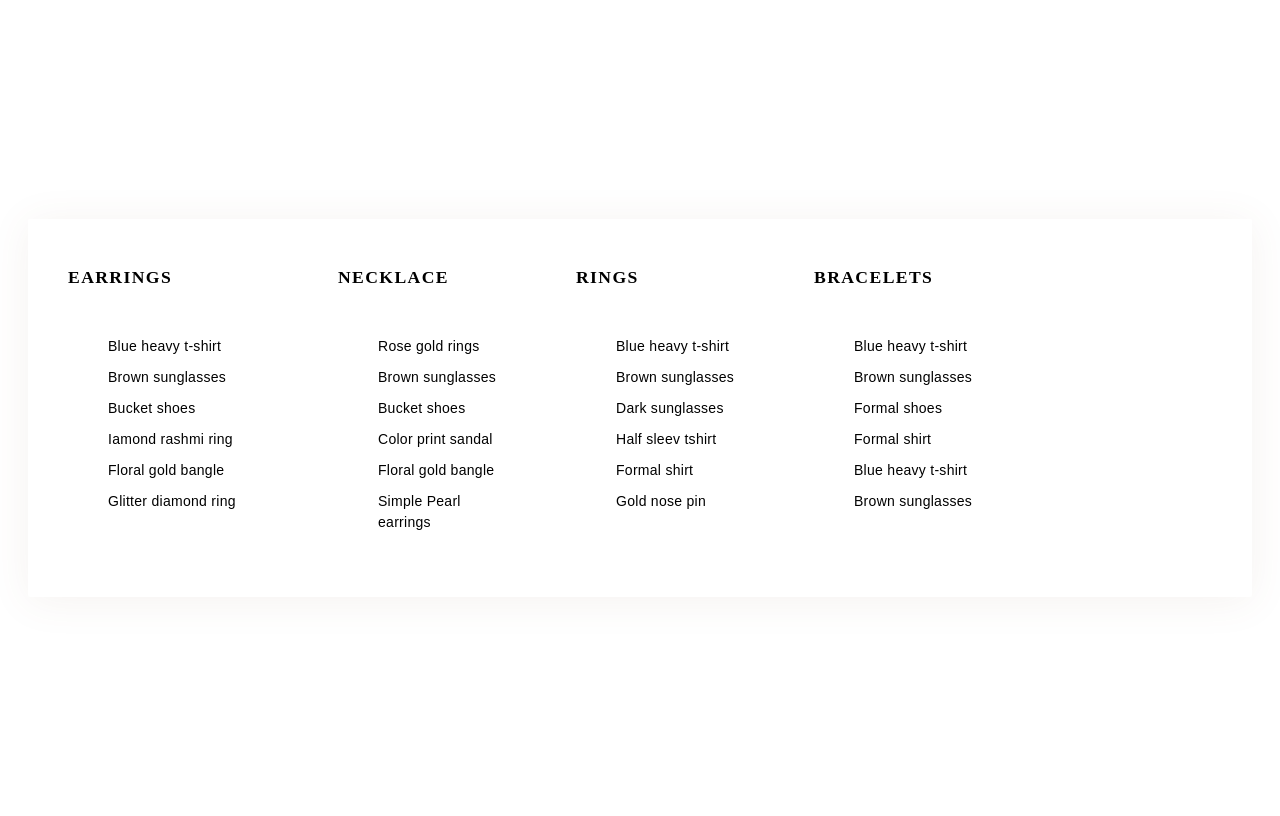
Repository: Excelsior-Technologies-Community/jelwo-hit
Page: list/shoplist.html
The author's editor kept a copy of each file at every save. The page is drawn from the files as they stood at one save, then again after the next save.
The browser window is 1280 px wide. The pictures show the whole page.

Above is the page before, as saved 2026-04-06 15:22:05.

### list/shoplist.html
<!DOCTYPE html>
<html lang="en">

<head>
    <meta charset="UTF-8">
    <meta name="viewport" content="width=device-width, initial-scale=1.0">
    <title>Document</title>
    <link rel="stylesheet" href="shoplist.css">
</head>

<body>
    <div class="section-wrapper">



        <!-- Earrings -->
        <div class="category-col">
            <div class="category-title">Earrings</div>
            <ul class="item-list">
                <li>Blue heavy t-shirt</li>
                <li>Brown sunglasses</li>
                <li>Bucket shoes</li>
                <li>Iamond rashmi ring</li>
                <li>Floral gold bangle</li>
                <li>Glitter diamond ring</li>
            </ul>
        </div>

        <!-- Necklace -->
        <div class="category-col">
            <div class="category-title">Necklace</div>
            <ul class="item-list">
                <li>Rose gold rings</li>
                <li>Brown sunglasses</li>
                <li>Bucket shoes</li>
                <li>Color print sandal</li>
                <li>Floral gold bangle</li>
                <li>Simple Pearl earrings</li>
            </ul>
        </div>

        <!-- Rings -->
        <div class="category-col">
            <div class="category-title">Rings</div>
            <ul class="item-list">
                <li>Blue heavy t-shirt</li>
                <li>Brown sunglasses</li>
                <li>Dark sunglasses</li>
                <li>Half sleev tshirt</li>
                <li>Formal shirt</li>
                <li>Gold nose pin</li>
            </ul>
        </div>

        <!-- Bracelets -->
        <div class="category-col">
            <div class="category-title">Bracelets</div>
            <ul class="item-list">
                <li>Blue heavy t-shirt</li>
                <li>Brown sunglasses</li>
                <li>Formal shoes</li>
                <li>Formal shirt</li>
                <li>Blue heavy t-shirt</li>
                <li>Brown sunglasses</li>
            </ul>
        </div>

        <!-- Promo Banner -->
        <div class="promo-banner">
            <img src="https://jelwo.myshopify.com/cdn/shop/files/jewelry-4-menu-banner.jpg?v=1742635152&width=352"
                alt="Flat 30% Off on Jewelry" />
            <div class="promo-ribbon">
                <span>FLAT <em>30%</em> OFF</span>
            </div>
        </div>

    </div>
</body>

</html>

### list/shoplist.css
body {
    background: var(--cream);
    font-family: 'Jost', sans-serif;
    color: var(--text-dark);
    min-height: 100vh;
    display: flex;
    align-items: center;
    justify-content: center;
    padding: 40px 20px;
}

.section-wrapper {
    background: var(--warm-white);
    border: 1px solid var(--divider);
    border-radius: 2px;
    padding: 48px 40px;
    max-width: 1200px;
    width: 100%;
    display: grid;
    grid-template-columns: repeat(4, 1fr) auto;
    gap: 0;
    position: relative;
    box-shadow: 0 4px 40px rgba(122, 92, 58, 0.08);
    animation: fadeUp 0.7s ease both;
}

@keyframes fadeUp {
    from {
        opacity: 0;
        transform: translateY(24px);
    }

    to {
        opacity: 1;
        transform: translateY(0);
    }
}

.category-col {
    padding: 0 32px 0 0;
    border-right: 1px solid var(--divider);
    margin-right: 0;
    animation: fadeUp 0.7s ease both;
}

.category-col:nth-child(1) {
    animation-delay: 0.05s;
}

.category-col:nth-child(2) {
    animation-delay: 0.15s;
    padding-left: 32px;
}

.category-col:nth-child(3) {
    animation-delay: 0.25s;
    padding-left: 32px;
}

.category-col:nth-child(4) {
    animation-delay: 0.35s;
    padding-left: 32px;
    border-right: none;
    padding-right: 0;
}

.category-title {
    font-family: 'Cormorant Garamond', serif;
    font-weight: 600;
    font-size: 1.1rem;
    letter-spacing: 0.08em;
    text-transform: uppercase;
    color: var(--text-dark);
    margin-bottom: 20px;
    padding-bottom: 12px;
    border-bottom: 1.5px solid var(--gold);
    display: inline-block;
}

.item-list {
    list-style: none;
    display: flex;
    flex-direction: column;
    gap: 10px;
}

.item-list li {
    font-size: 0.875rem;
    font-weight: 300;
    color: var(--text-mid);
    letter-spacing: 0.02em;
    line-height: 1.5;
    cursor: pointer;
    transition: color 0.2s ease, padding-left 0.2s ease;
    position: relative;
}

.item-list li::before {
    content: '';
    display: inline-block;
    width: 0;
    height: 1px;
    background: var(--gold);
    vertical-align: middle;
    margin-right: 0;
    transition: width 0.25s ease, margin-right 0.25s ease;
    position: relative;
    top: -1px;
}

.item-list li:hover {
    color: var(--brown);
    padding-left: 14px;
}

.item-list li:hover::before {
    width: 8px;
    margin-right: 6px;
    position: absolute;
    left: 0;
    top: 50%;
    transform: translateY(-50%);
}

/* Promo Banner */
.promo-banner {
    width: 160px;
    min-height: 240px;
    margin-left: 32px;
    border-radius: 2px;
    overflow: hidden;
    position: relative;
    flex-shrink: 0;
    animation: fadeUp 0.7s ease 0.45s both;
    cursor: pointer;
}

.promo-banner img {
    width: 100%;
    height: 100%;
    object-fit: cover;
    display: block;
    filter: brightness(0.88);
    transition: filter 0.3s ease, transform 0.4s ease;
}

.promo-banner:hover img {
    filter: brightness(0.75);
    transform: scale(1.04);
}

.promo-ribbon {
    position: absolute;
    right: 0;
    top: 0;
    bottom: 0;
    width: 44px;
    background: var(--banner-bg);
    display: flex;
    align-items: center;
    justify-content: center;
}

.promo-ribbon span {
    font-family: 'Jost', sans-serif;
    font-weight: 500;
    font-size: 0.75rem;
    letter-spacing: 0.18em;
    text-transform: uppercase;
    color: #fff;
    writing-mode: vertical-rl;
    transform: rotate(180deg);
    white-space: nowrap;
}

.promo-ribbon span em {
    font-style: normal;
    color: var(--gold-light);
    font-weight: 600;
    font-size: 0.85rem;
}

@media (max-width: 900px) {
    .section-wrapper {
        grid-template-columns: repeat(2, 1fr);
        padding: 32px 24px;
    }

    .category-col:nth-child(2) {
        border-right: none;
    }

    .category-col:nth-child(3) {
        padding-left: 0;
        border-right: 1px solid var(--divider);
        padding-top: 28px;
    }

    .category-col:nth-child(4) {
        padding-top: 28px;
    }

    .promo-banner {
        display: none;
    }
}

@media (max-width: 560px) {
    .section-wrapper {
        grid-template-columns: 1fr;
    }

    .category-col {
        border-right: none !important;
        padding: 0 0 28px 0 !important;
        border-bottom: 1px solid var(--divider);
        margin-bottom: 28px;
    }

    .category-col:last-of-type {
        border-bottom: none;
        margin-bottom: 0;
    }
}

After the next save:
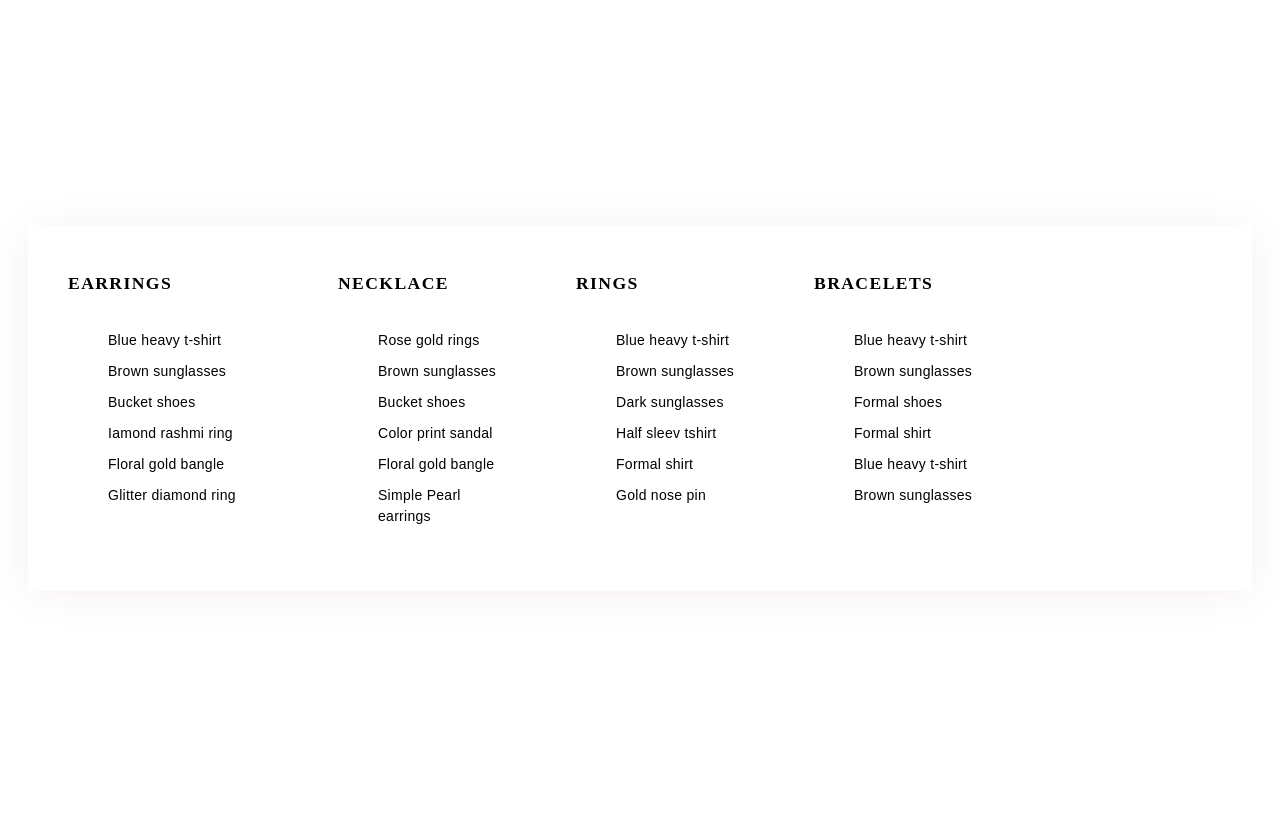
Saved 62 s later.
--- a/list/shoplist.css
+++ b/list/shoplist.css
@@ -72,7 +72,7 @@
     text-transform: uppercase;
     color: var(--text-dark);
     margin-bottom: 20px;
-    padding-bottom: 12px;
+    /* padding-bottom: 12px; */
     border-bottom: 1.5px solid var(--gold);
     display: inline-block;
 }

After the save that followed:
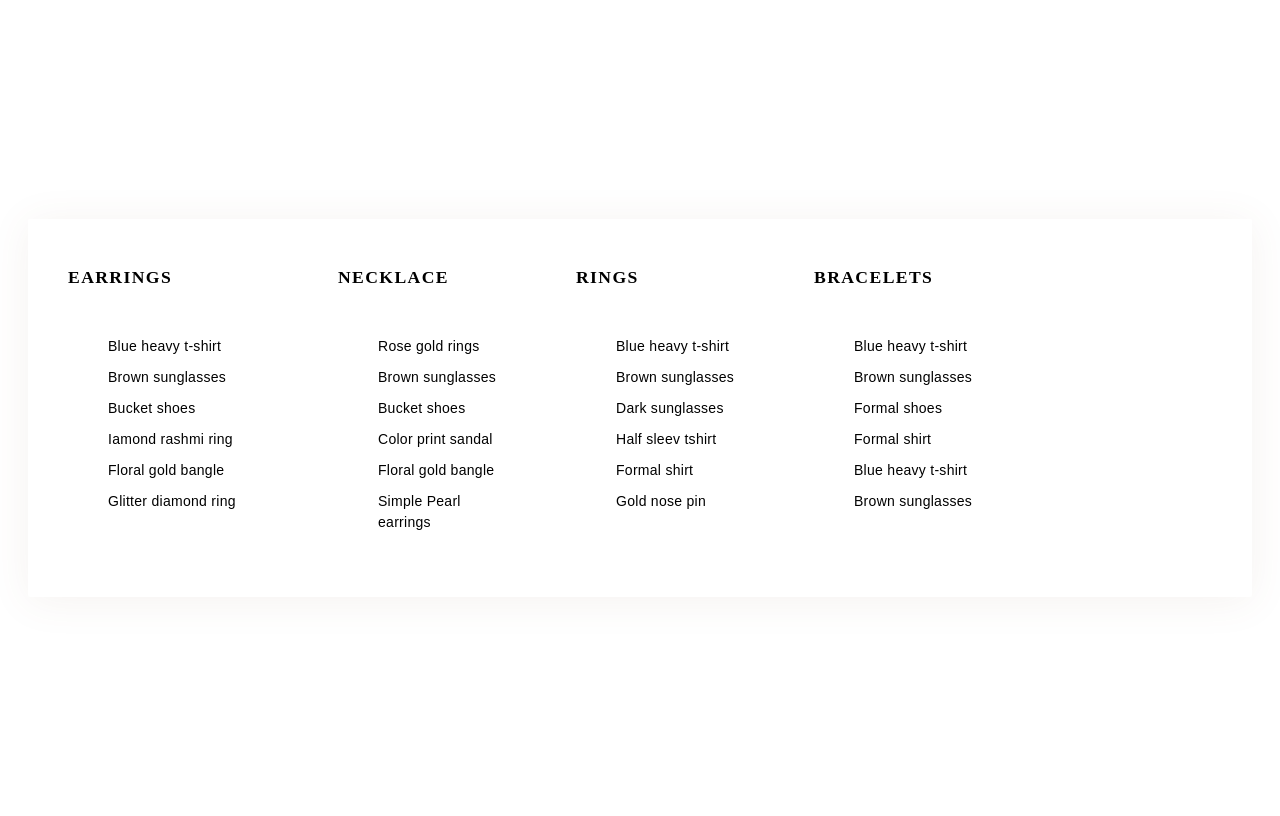
Saved 9 s later.
--- a/list/shoplist.css
+++ b/list/shoplist.css
@@ -72,7 +72,7 @@
     text-transform: uppercase;
     color: var(--text-dark);
     margin-bottom: 20px;
-    /* padding-bottom: 12px; */
+    padding-bottom: 12px;
     border-bottom: 1.5px solid var(--gold);
     display: inline-block;
 }
